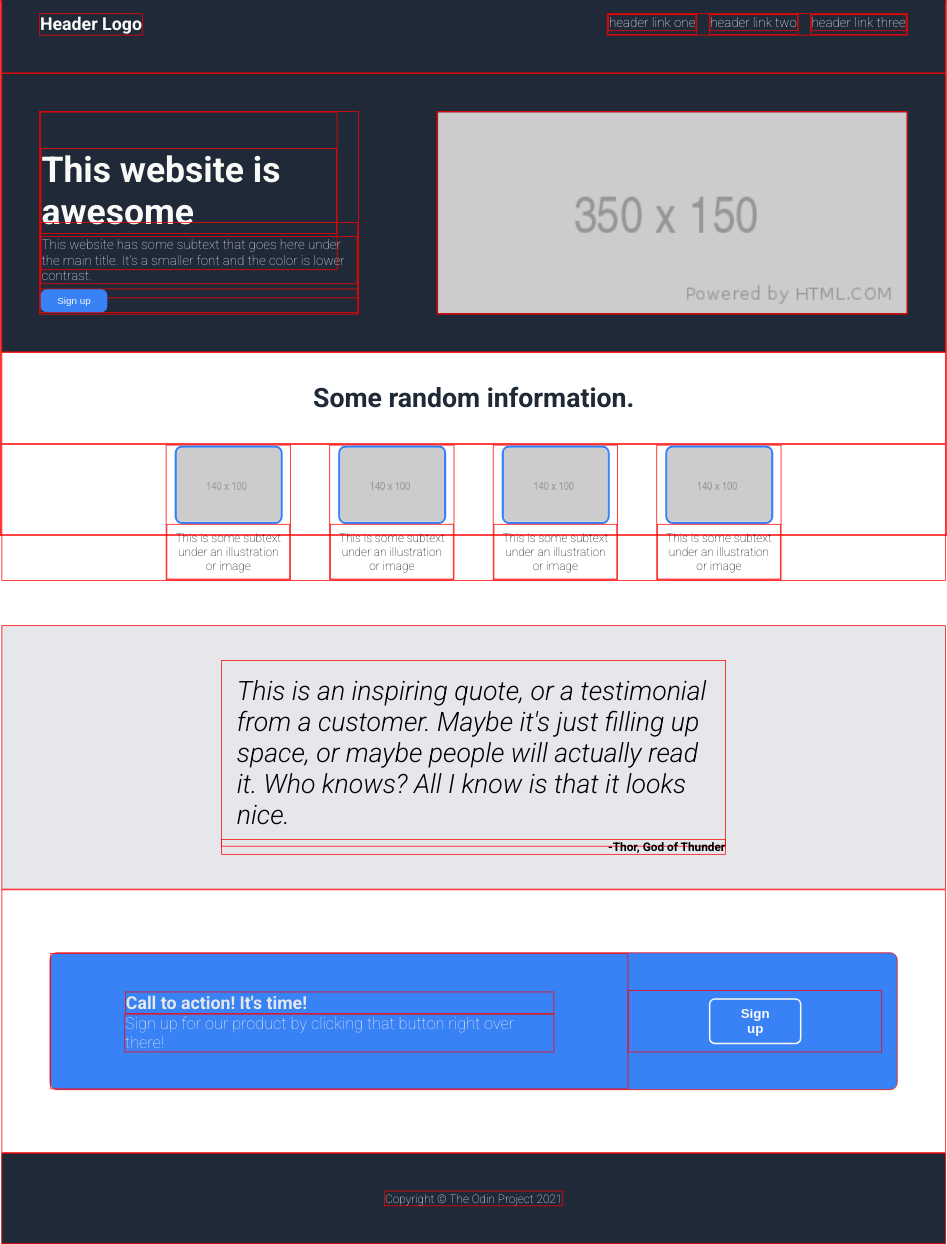
Repository: weazzyefff/The-Landing-Page
Page: index.html
An editor plug-in stored every save of this project. The page is shown before and after the next save, followed by the edit.
The browser window is 1280 px wide. The pictures show the whole page, at 74% of full size.

Above is the page before, as saved 2022-11-01 19:42:52.
Not found: index.js

### index.html
<!DOCTYPE html>
<html lang="en">

<head>
  <meta charset="UTF-8">
  <meta name="viewport" content="width=device-width, initial-scale=1.0">
  <meta http-equiv="X-UA-Compatible" content="ie=edge">
  <title>The Landing Page</title>
  <link rel="stylesheet" href="css/styles.css">
  <link rel="preconnect" href="https://fonts.googleapis.com">
  <link rel="preconnect" href="https://fonts.gstatic.com" crossorigin>
  <link href="https://fonts.googleapis.com/css2?family=Roboto:ital,wght@0,100;0,700;1,300&display=swap"
    rel="stylesheet">
</head>

<body>
  <div class="header">
    <div class="icon">
      Header Logo
    </div>
    <ul class="right-links">
      <li><a href="#">header link one</a></li>
      <li><a href="#">header link two</a></li>
      <li><a href="#">header link three</a></li>
    </ul>
  </div>
  <div class="hero-container">
    <div class="hero-left">
      <div class="main-text">
        <p>This website is awesome</p>
      </div>
      <div class="secondary-text">
        <p>This website has some subtext that goes here under the main title. It's a smaller
          font and the color is lower contrast.
        </p>
      </div>
      <div class="button-container">
        <button class="button">Sign up</button>
      </div>
    </div>
    <div class="hero-right">
      <img src="img/350x150.png" class="hero-img" alt="Placeholder image">
    </div>
  </div>
  <div class="title">
    Some random information.
  </div>
  <div class="gallery-container">
    <div class="info">
      <img src="img/140x100.png" alt="Placeholder Image">
      <div class="text">This is some subtext under an illustration or image</div>
    </div>
    <div class="info">
      <img src="img/140x100.png" alt="Placeholder Image">
      <div class="text">This is some subtext under an illustration or image</div>
    </div>
    <div class="info">
      <img src="img/140x100.png" alt="Placeholder Image">
      <div class="text">This is some subtext under an illustration or image</div>
    </div>
    <div class="info">
      <img src="img/140x100.png" alt="Placeholder Image">
      <div class="text">This is some subtext under an illustration or image</div>
    </div>
  </div>
  <div class="quote-container">
    <div class="quote">This is an inspiring quote, or a testimonial from a
      customer. Maybe it's just filling up space, or maybe people will
      actually read it. Who knows? All I know is that it looks nice. </div>
    <div class="quotee">-Thor, God of Thunder</div>
  </div>
  <div class="call-container">
    <div class="inside-container">
      <div class="left-side">
        <p class="top-line">
          Call to action! It's time!
        </p>
        <p class="bottom-line">
          Sign up for our product by clicking that button right over there!
        </p>
      </div>
      <div class="right-side">
        <button>
          Sign up
        </button>
      </div>
    </div>
  </div>
  </div>
  <div class="footer">
    <div class="footerContent">
      Copyright © The Odin Project 2021
    </div>
  </div>
  <script src="index.js"></script>
</body>

</html>

### css/styles.css
* {
    border: 1px solid red;
}

.header,
.footer {
    display: flex;
    justify-content: space-between;
    padding: 50px;
    background-color: #1F2937;
    color: #f9faf8;
}

.header {
    margin-top: -35px
}

.footer {
    font-weight: 200;
    justify-content: center;
}

body {
    display: flex;
    height: 100vh;
    margin: 0;
    font-family: 'Roboto', sans-serif;
    flex-direction: column;
}

ul {
    list-style-type: none;
    display: flex;
    margin: 0;
    padding: 0;
    gap: 16px;
}

.header a {
    text-decoration: none;
    color: #f9faf8;
    font-size: 18px;
}

.icon {
    display: flex;
    font-size: 24px;
    font-weight: 800;
}

.footerContent {
    display: flex;
    justify-content: center;
    align-items: center;
}

.hero-container {
    display: flex;
    justify-content: space-between;
    padding: 50px;
    background-color: #1F2937;
    color: #E5E7EB;
}

.hero-left {
    display: flex;
    flex-direction: column;
    background-color: #1F2937;
    font-size: 18px;
    color: #E5E7EB;
}

.hero-left .main-text {
    font-size: 48px;
    color: #f9faf8;
    font-weight: 800;
}

.main-text {
    width: 400px;
    margin-bottom: -65px;
}

.secondary-text {
    width: 428px;
    margin-bottom: -13px;
}

.hero-right {
    display: flex;
    justify-content: center;
    align-items: center;
}

.hero-img {
    display: flex;
    justify-content: center;
    align-items: center;
    width: 633px;
}

.button {
    background-color: #3882f6;
    color: #f9faf8;
    padding: 8px 16px;
    border-radius: 8px;
    display: flex;
    align-items: center;
    justify-content: center;
    width: 90px;
    border-style: none;

}

.gallery-container {
    display: flex;
    justify-content: center;
    gap: 52px;
    margin-bottom: 60px;

}

.title {
    display: flex;
    justify-content: center;
    font-size: 36px;
    font-weight: 800;
    color: #1f2937;
    padding: 40px;
}

.info {
    display: flex;
    justify-content: center;
    flex-direction: column;
    align-items: center;
}

.info img {
    border-radius: 10px;
    border: 3px solid #3882f6;
}

.text {
    width: 149px;
    text-align: center;
    padding: 8px;
}

.quote-container {
    display: flex;
    flex-direction: column;
    justify-content: center;
    background-color: #E5E7EB;
    padding: 46px 296px;
}

.quote {
    padding: 20px;
    font-size: 36px;
    font-style: italic;
    font-weight: 300;
    margin-bottom: -10px;
}

.quotee {
    display: flex;
    justify-content: right;
    font-weight: 800;

}

.call-container {
    display: flex;
    flex-shrink: 0;
    padding: 59px 14px;
    justify-content: center;
    color: #E5E7EB;
}

.inside-container {
    display: flex;
    margin: 25px 50px;
    padding: 0px;
    justify-content: center;
    align-items: center;
    border-radius: 10px;
    background-color: #3882f6;
}

.top-line {
    margin-bottom: -22px;
    margin-left: 1px;
    font-size: 24px;
    font-weight: 800;
}

.bottom-line {
    font-size: 22px;
}
.left-side{
    display: flex;
    padding: 27px 99px;
    flex-direction: column;
}
.right-side{
    display: flex;
    padding: 10px 108px;
    margin-right: 20px;

}
.right-side button{
    border: solid 2px #f9faf8;
    padding: 8px 28px;
    font-size: 18px;
    font-weight: 800;
    border-radius: 8px;
    background-color: #3882f6;
    color: #f9faf8;
}
p {
    display: flex;
    justify-content: start;
}

After the next save:
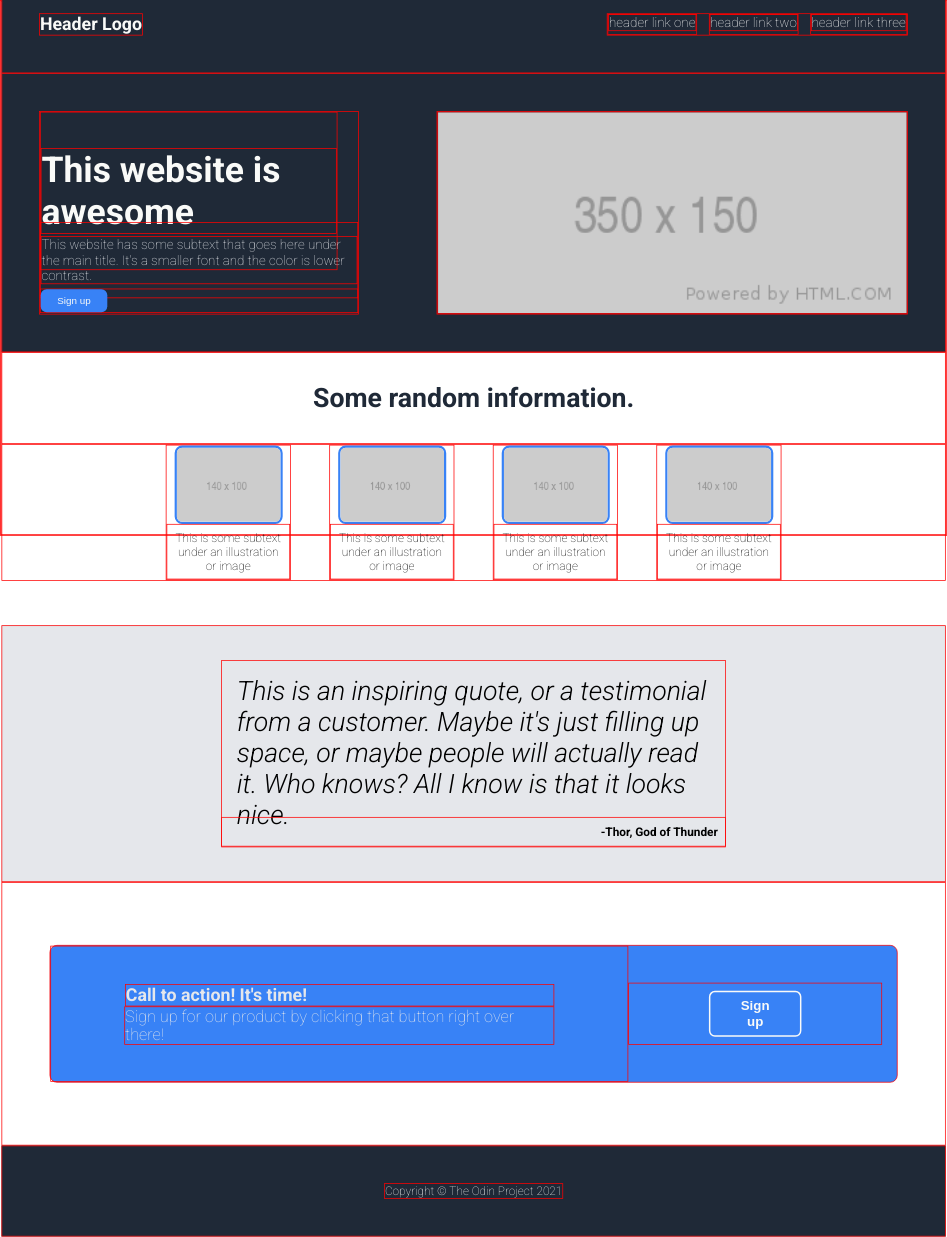
Saved 37 s later.
--- a/css/styles.css
+++ b/css/styles.css
@@ -160,14 +160,14 @@ ul {
     font-size: 36px;
     font-style: italic;
     font-weight: 300;
-    margin-bottom: -10px;
+    margin-bottom: -40px;
 }
 
 .quotee {
     display: flex;
     justify-content: right;
     font-weight: 800;
-
+    padding: 10px;
 }
 
 .call-container {
